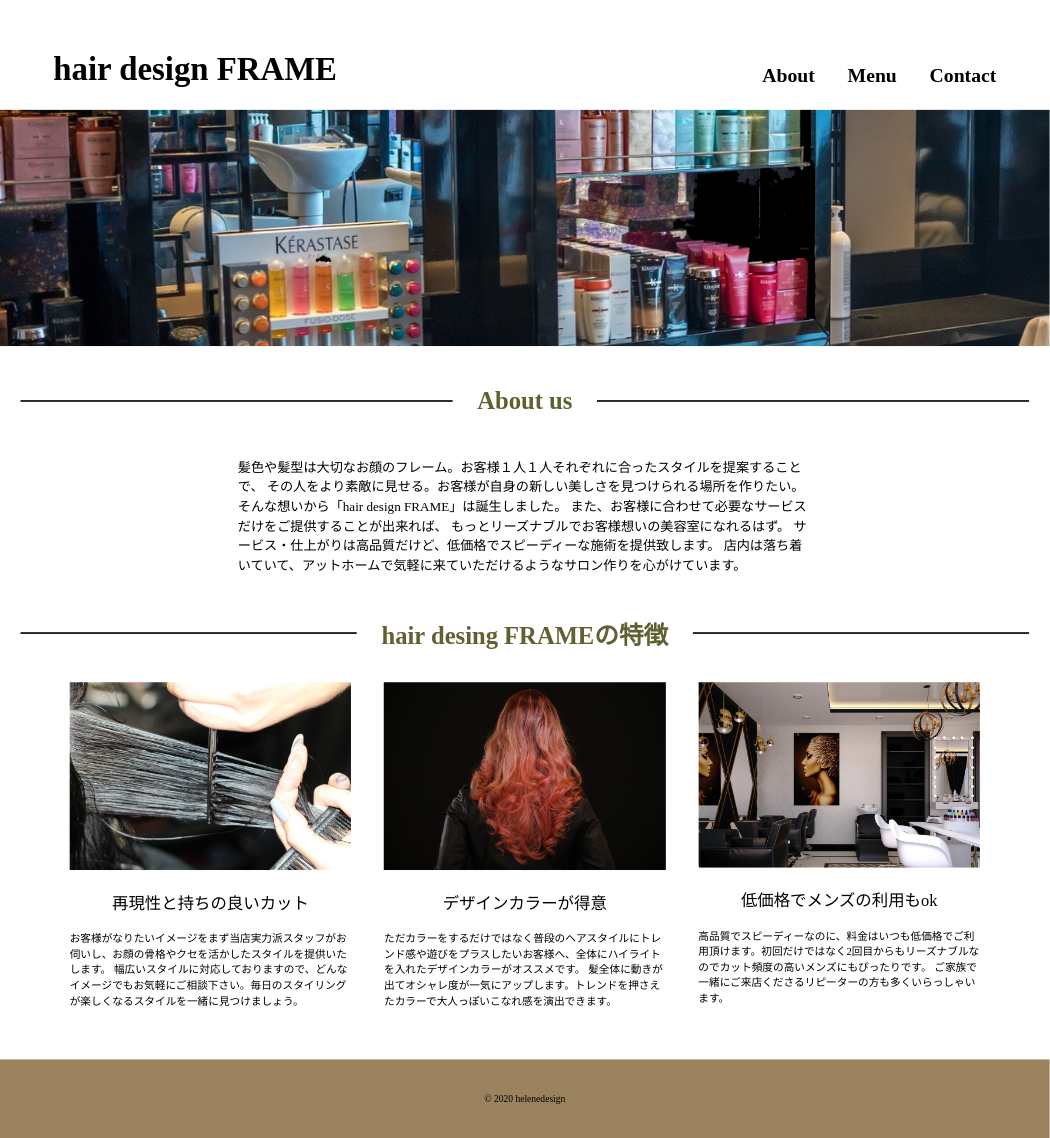
Repository: Akane492/samurai_HTML-CSS
Page: hairsalon/about.html
The author's editor kept a record of every edit. The page is drawn from the files as they stood at one moment, then again after the next edit.
The browser window is 1280 px wide. The pictures show the whole page, at 82% of full size.

Above is the page before.

### hairsalon/about.html
<!DOCTYPE html>
<html lang="ja">
    <head>
        <meta charset="UTF-8">
        <meta name="viewport" content="width=device-width, initial-scale=1">
        <meta http-equiv="X-UA-Compatible" content="ie=edge">
        <link rel="stylesheet" href="stylesheet.css">
        <title>hair design FRAME - About</title>
    </head>

    <body>
        <div class="background" id="about">
            <header class="page-header wrapper">
                <h1 class="page-title"><a href="home.html">hair design FRAME</a></h1>
                <nav>
                    <ul class="top-nav">
                        <li><a href="about.html">About</a></li>
                        <li><a href="menu.html">Menu</a></li>
                        <li><a href="contact.html">Contact</a></li>
                    </ul>
                </nav>
            </header>
        <div id="content-bg"></div>
        <div class="page-title2">
            <h2><span class="page-title-about">About us</span></h2>
        </div><!---page-title2--->
        <div class="content wrapper">
            <p>髪色や髪型は大切なお顔のフレーム。お客様１人１人それぞれに合ったスタイルを提案することで、
                その人をより素敵に見せる。お客様が自身の新しい美しさを見つけられる場所を作りたい。
                そんな想いから「hair design FRAME」は誕生しました。

                また、お客様に合わせて必要なサービスだけをご提供することが出来れば、
                もっとリーズナブルでお客様想いの美容室になれるはず。
                サービス・仕上がりは高品質だけど、低価格でスピーディーな施術を提供致します。
                店内は落ち着いていて、アットホームで気軽に来ていただけるようなサロン作りを心がけています。
            </p>
        </div><!---content--->
        <div class="page-title2">
            <h2><span class="page-title-about">hair desing FRAMEの特徴</span></h2>
        </div><!---page-title2--->

        <div class="grid wrapper">
            <div class="item">
                <img src="images/haircut.jpg" alt="">
                <p class="item-title">再現性と持ちの良いカット</p>
                <p class="item-info">お客様がなりたいイメージをまず当店実力派スタッフがお伺いし、お顔の骨格やクセを活かしたスタイルを提供いたします。
                幅広いスタイルに対応しておりますので、どんなイメージでもお気軽にご相談下さい。毎日のスタイリングが楽しくなるスタイルを一緒に見つけましょう。</p>
            </div>
            <div class="item">
                <img src="images/color.jpg" alt="">
                <p class="item-title">デザインカラーが得意</p>
                <p class="item-info">ただカラーをするだけではなく普段のヘアスタイルにトレンド感や遊びをプラスしたいお客様へ、全体にハイライトを入れたデザインカラーがオススメです。
                髪全体に動きが出てオシャレ度が一気にアップします。トレンドを押さえたカラーで大人っぽいこなれ感を演出できます。</p>
            </div>
            <div class="item">
                <img src="images/salon1.jpg" alt="">
                <p class="item-title">低価格でメンズの利用もok</p>
                <p class="item-info">高品質でスピーディーなのに、料金はいつも低価格でご利用頂けます。初回だけではなく2回目からもリーズナブルなのでカット頻度の高いメンズにもぴったりです。
                ご家族で一緒にご来店くださるリピーターの方も多くいらっしゃいます。</p>
            </div>
        </div> <!---grid wrapper--->




        <footer>
            <p><small>&copy; 2020 helenedesign</small></p>
        </footer>
    </body>

</html>

### hairsalon/stylesheet.css
@charset "UTF-8";

body {
    font-family: "Yu Gothic Medium", "遊ゴシック Medium", YuGothic, "遊ゴシック体", "ヒラギノ角ゴ Pro W3","sanf-serif";
    padding: 0;
    margin: 0;
}
a {
    text-decoration: none;
}
img {
    max-width: 100%;
}

/*
----------header*/
#top {
    background-image: url(./images/woman.jpg);
    min-height: 100vh;
}
.background {
    background-size: cover;
    background-position: center top;
    background-repeat: no-repeat;
    width: 100%;
}
.wrapper {
    max-width: 1150px;
    margin: auto;
}
.page-title {
    font-family: 'Vollkorn', serif;
    font-size: 40px;
    margin-top: 60px;

}
.page-title a {
    color: black;
}
.page-title a:hover {
    color: #9a825f;
}
.page-header {
    display: flex;
    justify-content: space-between;
}
.top-nav {
    display: flex;
    list-style: none;
    font-size: 1.5rem;
	font-family: 'Vollkorn', serif;
    font-weight: bold;
    margin-top: 79px;
}
.top-nav li {
    margin-left: 40px;
}
.top-nav a {
    color: black;
}
.top-nav a:hover {
    color: #9a825f;
}

h2 {
    max-width: 1100px;
    margin: auto;
    margin-top: 50px;
    position: relative;
    padding: 0 65px;
    text-align: center;
}

h2:before {
    position: absolute;
    top: calc(50% - 1px);
    left: 0;
    width: 100%;
    height: 2px;
    content: '';
    background: #000;
}

h2 span {
    position: relative;
    padding: 0 1em;
    background: #dbdbdd;
    color: #606030;
}

/*
----------about*/
.page-title-about {
    background: white;
    font-size: 30px;
    font-family: 'Vollkorn', serif;
    font-weight: bold;
}
.content {
    max-width: 700px;
    margin-top: 50px;
}
#content-bg {
    background-image: url(./images/salon2.jpg);
    min-height: 40vh;
}
.grid {
    display: grid;
    grid-template-columns: repeat(3,minmax(240px, 1fr));
    margin-top: 3%;
    margin-bottom: 50px;
}
.item {
    padding: 0 20px;
}
.item-title {
    text-align: center;
    font-size: 20px;
}
.item-info {
    font-size: 13px;
}

/*
----------nemu*/
#menu-bg {
    background-image: url(images/girl4.jpg);
    min-height: 70vh;
}
.menu-preis {
    display: flex;
    justify-content: space-between;
}
.menu-info {
    list-style: none;
    width: 50%;
    text-align: left;
    font-size: 22px;
    margin: 50px;

}
.menu-info2 {
    list-style: none;
    width: 50%;
    text-align: left;
    font-size: 22px;
    margin: 50px;
}
table, td {
    border: none;
}


/*
-----------contact*/
#contact {
    background-image: url(./images/contact.jpg);
    min-height: 100vh;
}
form div {
    margin-bottom: 16px;
}
label {
    font-size: 1.125rem;
    margin-bottom: 10px;
    display: block;
}
input[type="text"],
input[type="mail"],
textarea {
    background: rgba(255,255,255,.5);
    border: 1px #fff solid;
    border-radius: 5px;
    padding: 10px;
    font-size: 1rem;
}
input[type="text"],
input[type="mail"] {
    width: 100%;
    max-width: 350px;
}
textarea {
    width: 100%;
    max-width: 350px;
    height: 6rem;
}
input[type="submit"] {
    border: none;
    cursor: pointer;
    line-height: 1;
}
.name-contact {
    text-align: center;
}
.email-contact {
    text-align: center;
}
.message-contact {
    text-align: center;
}
.message-submit {
    text-align: center;
}
.button {
    text-align: center;
    background: #9a825f;
    color: #fff;
    font-size: 1.375rem;
    padding: 15px 20px;
    border-radius: 5px;
}
.button:hover {
    background: #7d694b;
}
#contact-title {
    text-align: center;
}
.content-title {
    font-size: 5rem;
    font-family: "Philosopher", serif;
    font-weight: normal;
    text-transform: none;
}
#location {
    padding: 4% 0;
}
#location .wrapper {
    display: flex;
    justify-content: space-between;
}
#name-shop {
    font-size: 1.375rem;
    font-weight: normal;
    padding: 0 8px 8px;
    border-bottom: 2px #9a825f solid;
}
.location-info {
    width: 22%;
}
.location-info p {
    padding: 12px 10px;
}
.location-map {
    width: 74%;
}
iframe {
    width: 100%;
}

/*
----------footer*/
footer {
    text-align: center;
    background: #9a825f;
    padding: 26px 0;
}
footer p {
    font-size: 0.875rem;
}

/*
----------mobile*/
@media (max-width: 600px) {
    .page-title {
        margin-top: 5px;
    }
    .page-title a {
        font-size: 2rem;
    }
    .page-header {
        flex-direction: column;
        align-items: center;
    }

    /* header */
    .top-nav {
        font-size: 1.1rem;
        margin-top: 5px;
    }
    .top-nav li {
        margin: 0 15px;
    }

    /* home */
    h2 {
        margin-top: 10px;
    }

    /* about */
    .page-title-about {
        font-size: 20px;
    }
    .content {
        max-width: 320px;
        margin-top: 30px;
        margin-bottom: 30px;
    }
    .content p {
        font-size: 14px;
    }
    footer p {
        font-size: 10px;
    }
    .grid {
        display: grid;
        grid-template-columns: repeat(2,minmax(240px, 1fr));
    }
    .item {
        margin-top: 10px;
    }
    .item-title {
        font-size: 15px;
        font-weight: bold;
    }
    .item-info {
        font-size: 12px;
    }

    /* contact */
    #contact-title {
        font-size: 40px;
        font-weight: bold;
    }
    input[type="text"],
    input[type="mail"] {
        width: 100%;
        max-width: 300px;
}
    textarea {
        max-width: 300px;
        width: 100%;
        height: 6rem;
    }
    #name-shop {
        font-weight: bold;
    }
    #location .wrapper {
        flex-direction: column;
    }
    .location-info,
    .location-map {
        width: 100%;
    }
    #location-wrapper {
        text-align: center;
    }
    .location-map {
        margin-bottom: -23px;
    }

    /* menu */
        #menu-bg {
            background-position: left 22% top 5%;
        }
        .menu-info td {
            font-size: 12px;
        }
        .menu-info2 td {
            font-size: 12px;
        }
}

After the next edit:
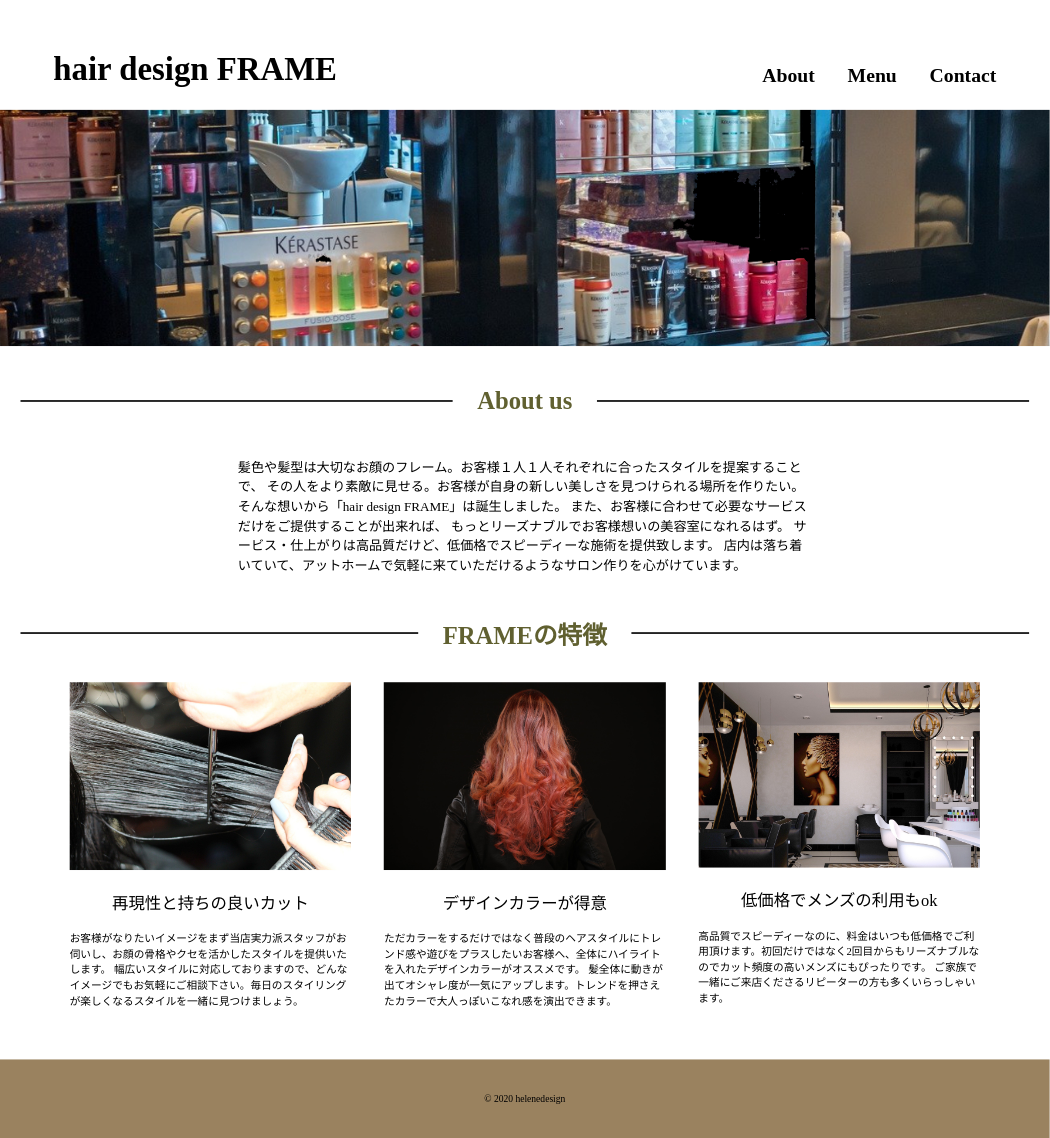
The edit:
--- a/hairsalon/about.html
+++ b/hairsalon/about.html
@@ -36,7 +36,7 @@
             </p>
         </div><!---content--->
         <div class="page-title2">
-            <h2><span class="page-title-about">hair desing FRAMEの特徴</span></h2>
+            <h2><span class="page-title-about">FRAMEの特徴</span></h2>
         </div><!---page-title2--->
 
         <div class="grid wrapper">
